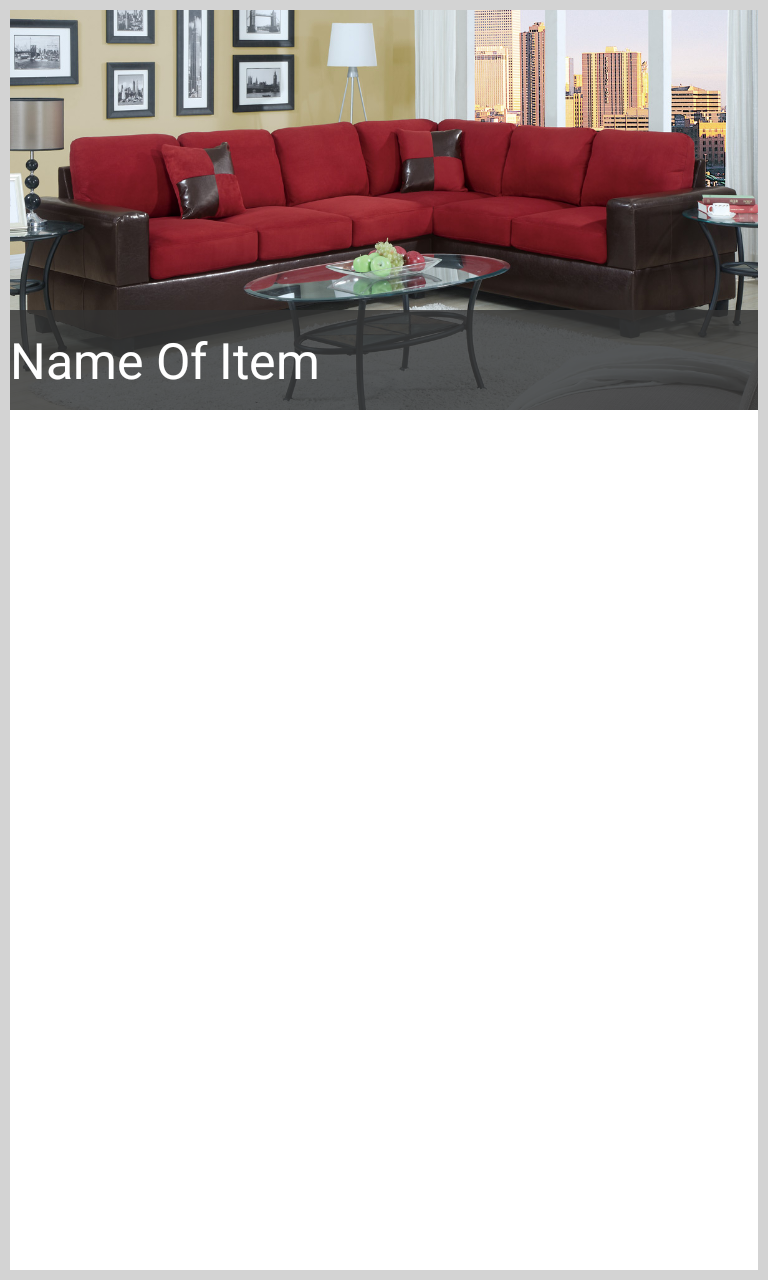
Repository: specialFX16/College-List
Layout: AndroidApp/CollegeList/res/layout/list_view_card.xml
An editor plug-in stored every save of this project. The layout is shown before and after the next save, followed by the edit.
It is drawn on a 768 x 1280 px phone screen (xhdpi) without system bars, with theme AppTheme; the app's code is not run.

Above is the layout before, as saved 2015-03-03 02:58:07.

After the next save:
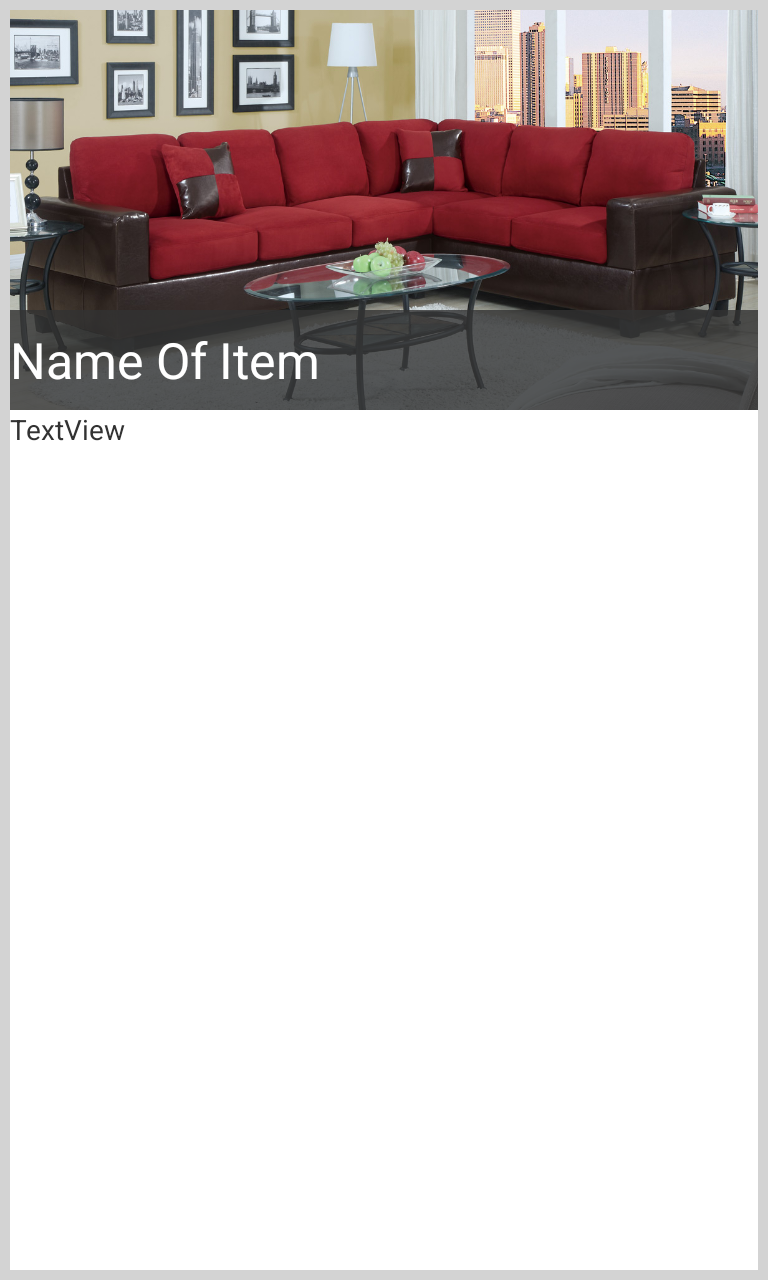
Saved 79 s later.
--- a/AndroidApp/CollegeList/res/layout/list_view_card.xml
+++ b/AndroidApp/CollegeList/res/layout/list_view_card.xml
@@ -47,6 +47,14 @@
 
         </RelativeLayout>
 
+        <TextView
+            android:id="@+id/textView1"
+            android:layout_width="match_parent"
+            android:layout_height="150dp"
+            android:layout_alignParentLeft="true"
+            android:layout_below="@+id/main_list_image"
+            android:text="TextView" />
+
     </RelativeLayout>
 
 </FrameLayout>
